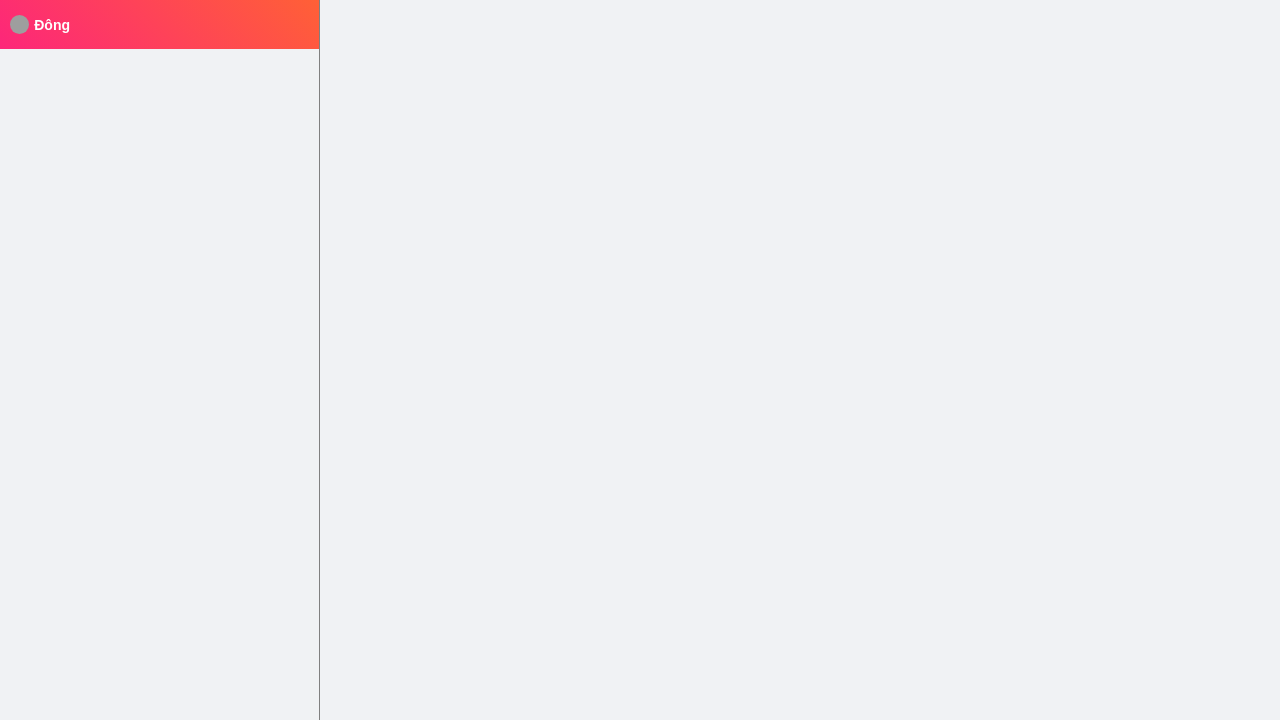
Repository: conquy2002/Project-Tinder
Page: Project RobinTinder/website/index.html
The author's editor kept a copy of each file at every save. The page is drawn from the files as they stood at one save, then again after the next save.
The browser window is 1280 px wide. The pictures show the whole page.
Pictures or frames that could not be fetched are drawn as grey boxes.

Above is the page before, as saved 2022-01-07 08:43:06.

### Project RobinTinder/website/index.html
<!DOCTYPE html>
<html lang="en">
<head>
    <meta charset="UTF-8">
    <meta http-equiv="X-UA-Compatible" content="IE=edge">
    <meta name="viewport" content="width=device-width, initial-scale=1.0">
    <title>Robin Hẹn hò</title>
    <link rel="stylesheet" href="./css/style.css" />
</head>
<body>
    <div class="main">
        <aside class="nav">
            <div class="nav__header">
                <div class="nav__hearder--profile">
                    <img src = "https://scontent.fhph1-3.fna.fbcdn.net/v/t1.6435-1/c1.64.198.199a/p200x200/141433767_1108249559690088_990288042436184426_n.jpg?_nc_cat=107&ccb=1-5&_nc_sid=7206a8&_nc_ohc=5yxEM9Iimv0AX_4k7Ox&_nc_ht=scontent.fhph1-3.fna&oh=00_AT-vqYdzU7_RG4YwBws_REoHUQ_G1kzl29AkfIijrbwnXg&oe=61FCEA38">
                    <h3>Đông</h3>
                </div>
                <div class="nav__header--contact"></div>
            </div>
            <div class="nav__qc"></div>
            <div class="nav_content"></div>
        </aside>
        <div class="content"></div>
    </div>
</body>
</html>

### Project RobinTinder/website/css/style.css
*{
    margin: 0;
    padding: 0;
    box-sizing: border-box;
}
body{
    font-family: sans-serif,Helvetica,Arial;
}
.main{
    background-color: #f0f2f4;
    height: 100vh;
    width: 100%;
    display: flex;
}
.nav{
    flex-basis: 25%;
    height: 100%;
    border-right: .1px solid gray;
}
.nav__header{
    background: linear-gradient(
45deg,#fd267a,#ff6036);
    background-image: linear-gradient(
45deg, rgb(253, 38, 122), rgb(255, 96, 54));
    width: 100%;
    display: flex;
}
.nav__hearder--profile{
    display: flex;
    padding: 15px 10px;
    align-items: center;
    color: #fff;
    font-size: 12px;
    flex-basis: 25%;
}
.nav__hearder--profile img{
    height: 1.2rem;
    width: 1.2rem;
    border-radius: 50%;
    margin-right: 5px;
}

.content{

}

After the next save:
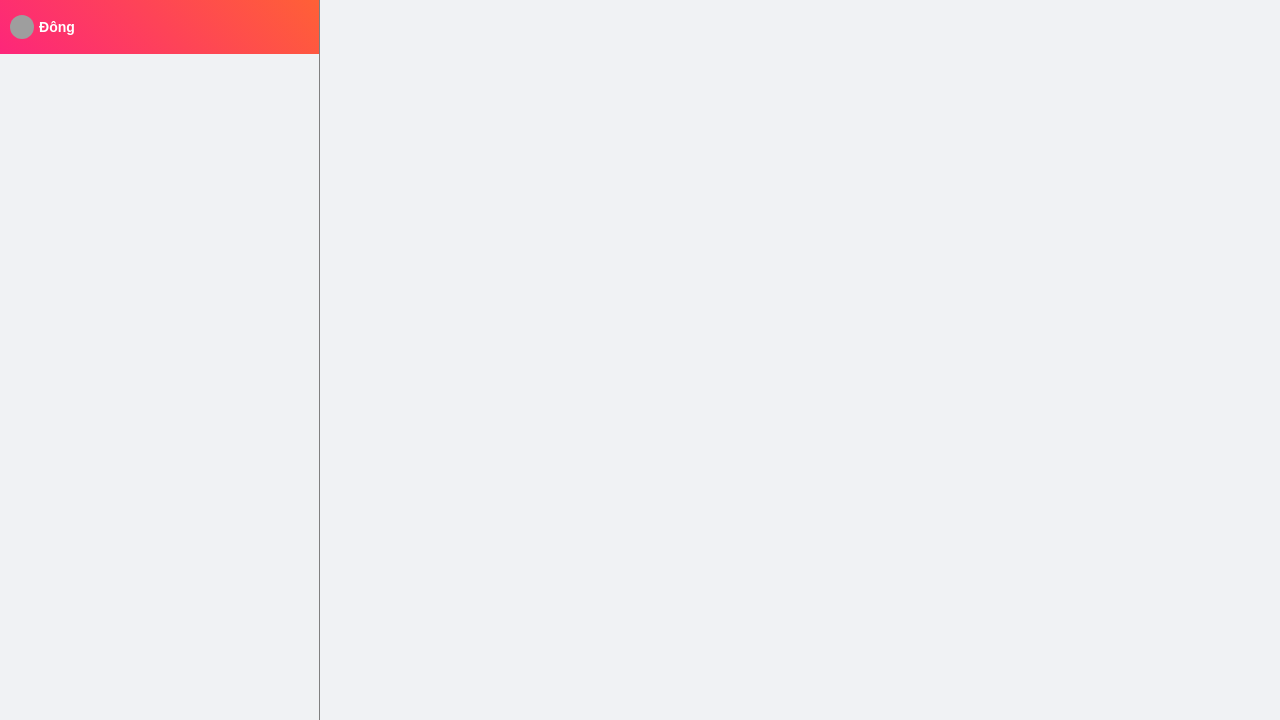
Saved 11 s later.
--- a/Project RobinTinder/website/css/style.css
+++ b/Project RobinTinder/website/css/style.css
@@ -34,8 +34,8 @@
     flex-basis: 25%;
 }
 .nav__hearder--profile img{
-    height: 1.2rem;
-    width: 1.2rem;
+    height: 1.5rem;
+    width: 1.5rem;
     border-radius: 50%;
     margin-right: 5px;
 }
